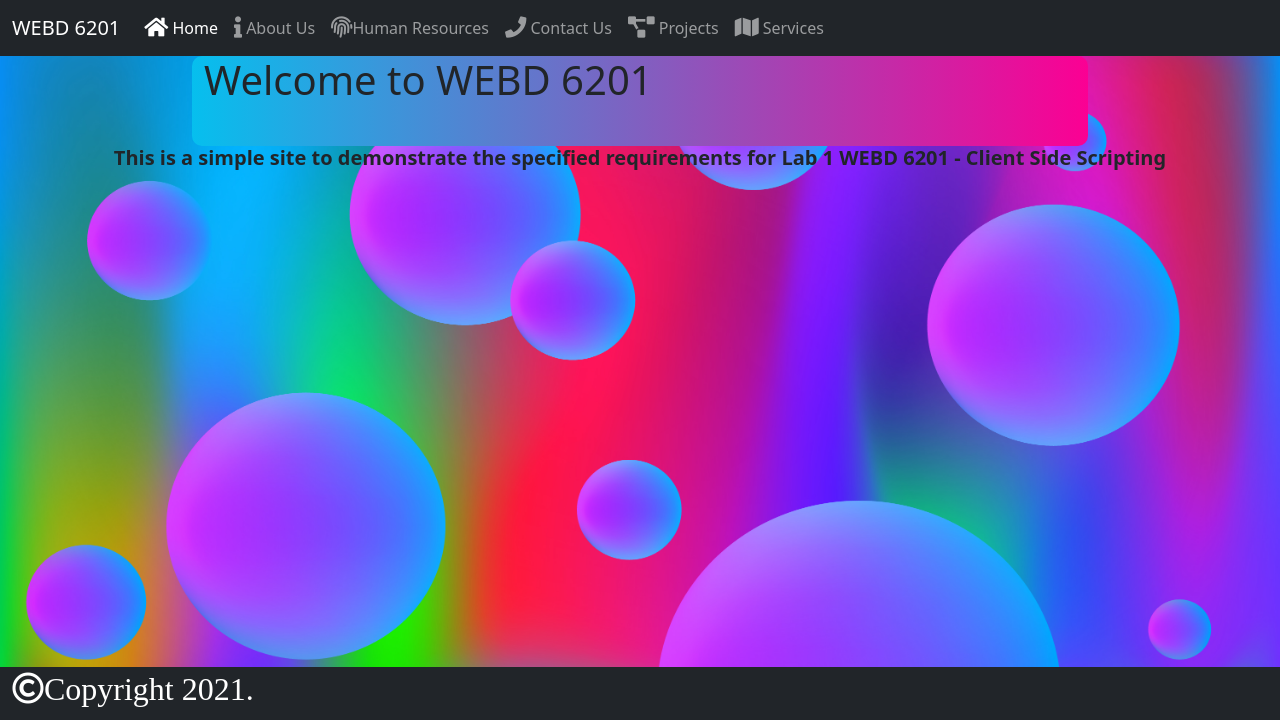
Repository: vans12345678/WEBD6201-W2021-Lab1
Page: index.html
These files come from the project's save history. The page is drawn as it stood at one moment and after the next save; the edit follows.
The browser window is 1280 px wide. The pictures show the whole page.

Above is the page before, as saved 2021-01-29 19:23:03.
Console error: ReferenceError: mainContent is not defined

After the next save:
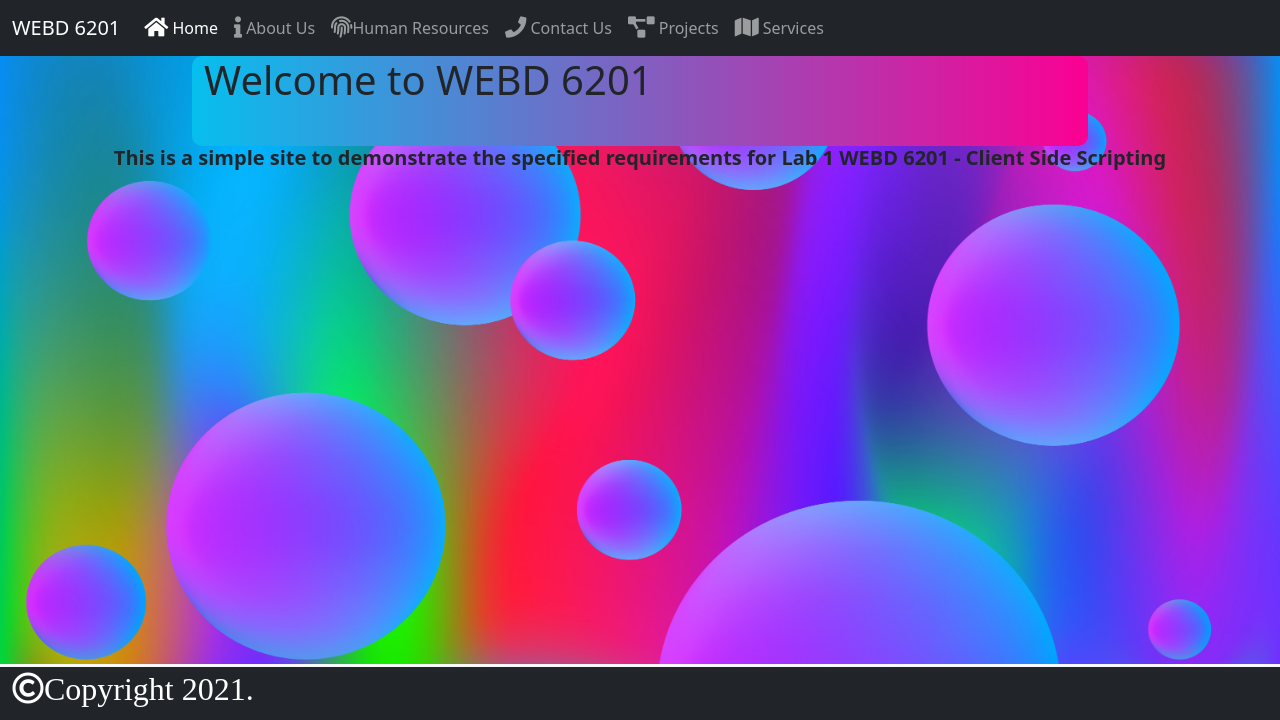
Saved 20 h 13 min later.
--- a/index.html
+++ b/index.html
@@ -51,6 +51,10 @@
         <h1 class = "container">Welcome to WEBD 6201</h1>
         <h2 id="introParagraph" class=""></h2>
     </main>
+    <!-- Fixed Bottom Navbar-->
+    <nav class="navbar fixed-bottom navbar-light bg-light">
+      <a class="navbar-brand" href="#">Fixed bottom</a>
+    </nav>
     <!-- Main Footer -->
     <footer>
         <nav class="navbar fixed-bottom navbar-dark bg-dark">

After the save that followed:
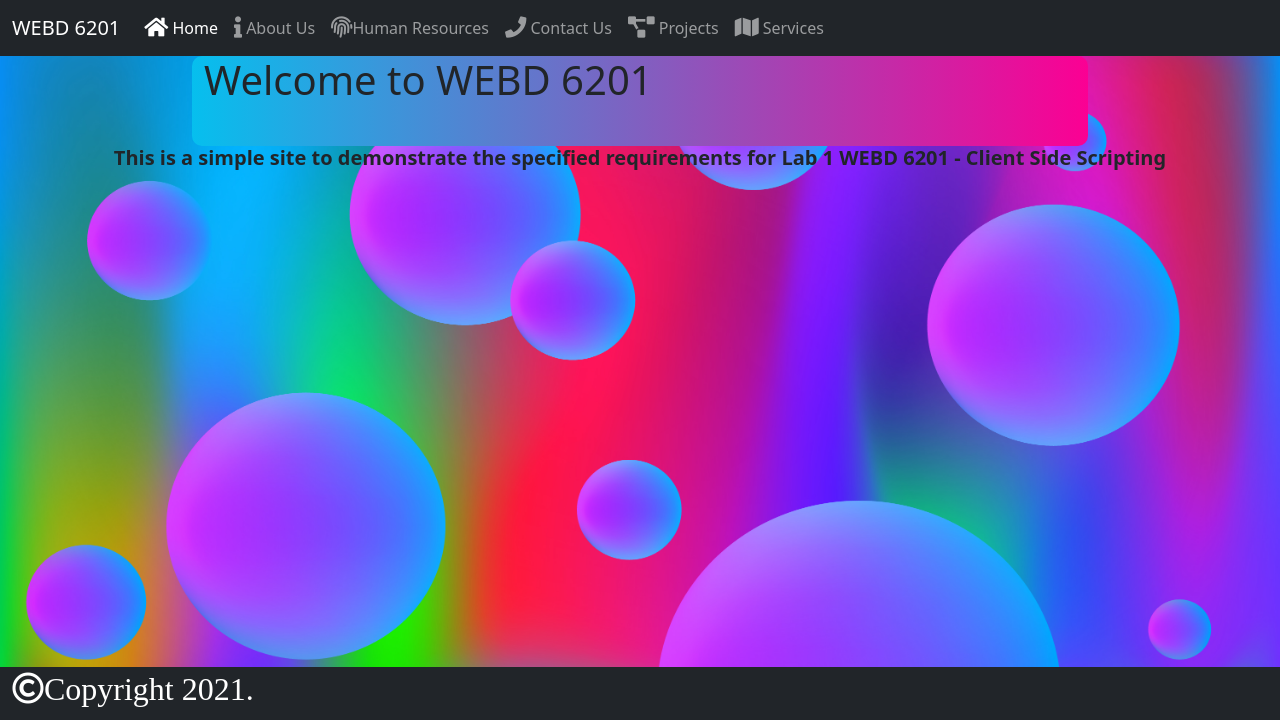
Saved 37 s later.
--- a/index.html
+++ b/index.html
@@ -51,10 +51,6 @@
         <h1 class = "container">Welcome to WEBD 6201</h1>
         <h2 id="introParagraph" class=""></h2>
     </main>
-    <!-- Fixed Bottom Navbar-->
-    <nav class="navbar fixed-bottom navbar-light bg-light">
-      <a class="navbar-brand" href="#">Fixed bottom</a>
-    </nav>
     <!-- Main Footer -->
     <footer>
         <nav class="navbar fixed-bottom navbar-dark bg-dark">
